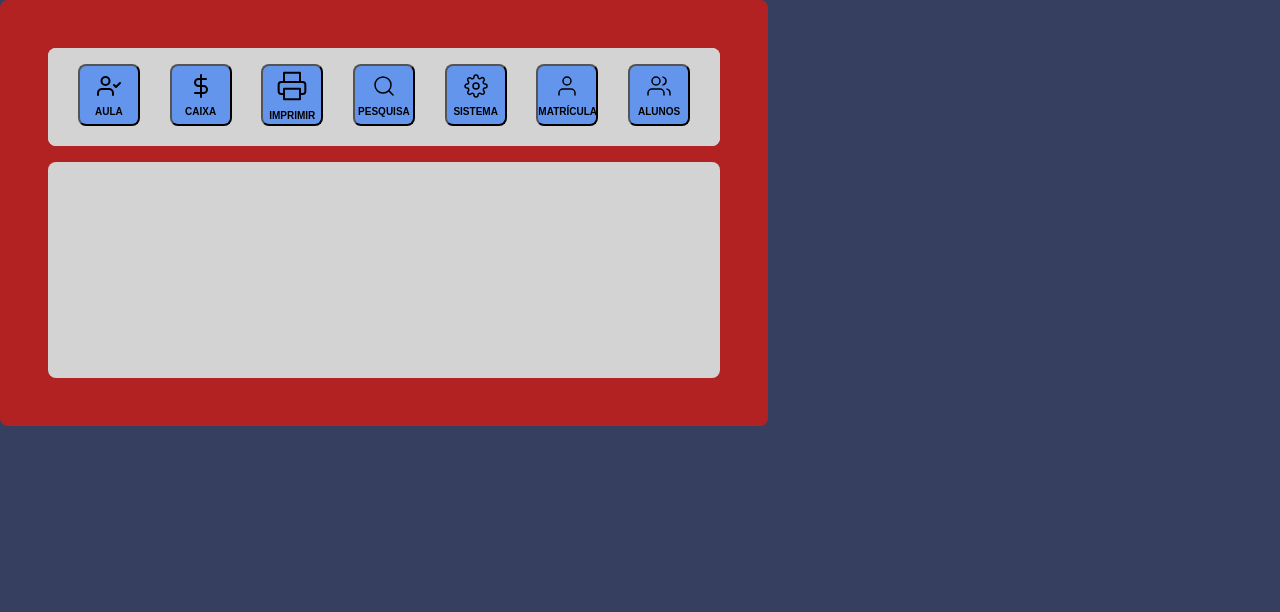
Repository: samantaProspero/projeto_integrador
Page: Versão Atual/PI_Vanila/index.html
An editor plug-in stored every save of this project. The page is shown before and after a run of saves, followed by the edit.
The browser window is 1280 px wide. The pictures show the whole page.

Above is the page before, as saved 2021-11-06 12:30:34.
Not found: Versão Atual/PI_Vanila/js/script.js

After the next 2 saves:
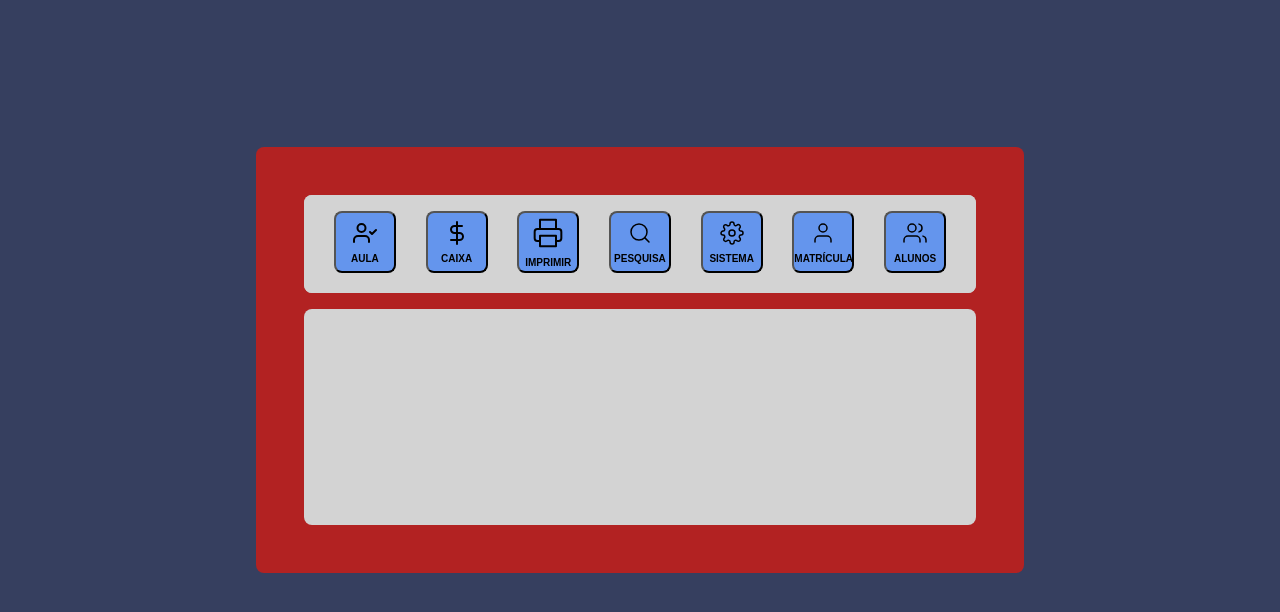
The 2 saves are shown as one change because they came seconds apart.
The last was saved 10 s later.
--- a/Versão Atual/PI_Vanila/_css/style.css
+++ b/Versão Atual/PI_Vanila/_css/style.css
@@ -1,4 +1,4 @@
-.home-container {
+#home-container {
 width: 100vw;
 height: 100vh;
 background-color: var(--primary_dark);
